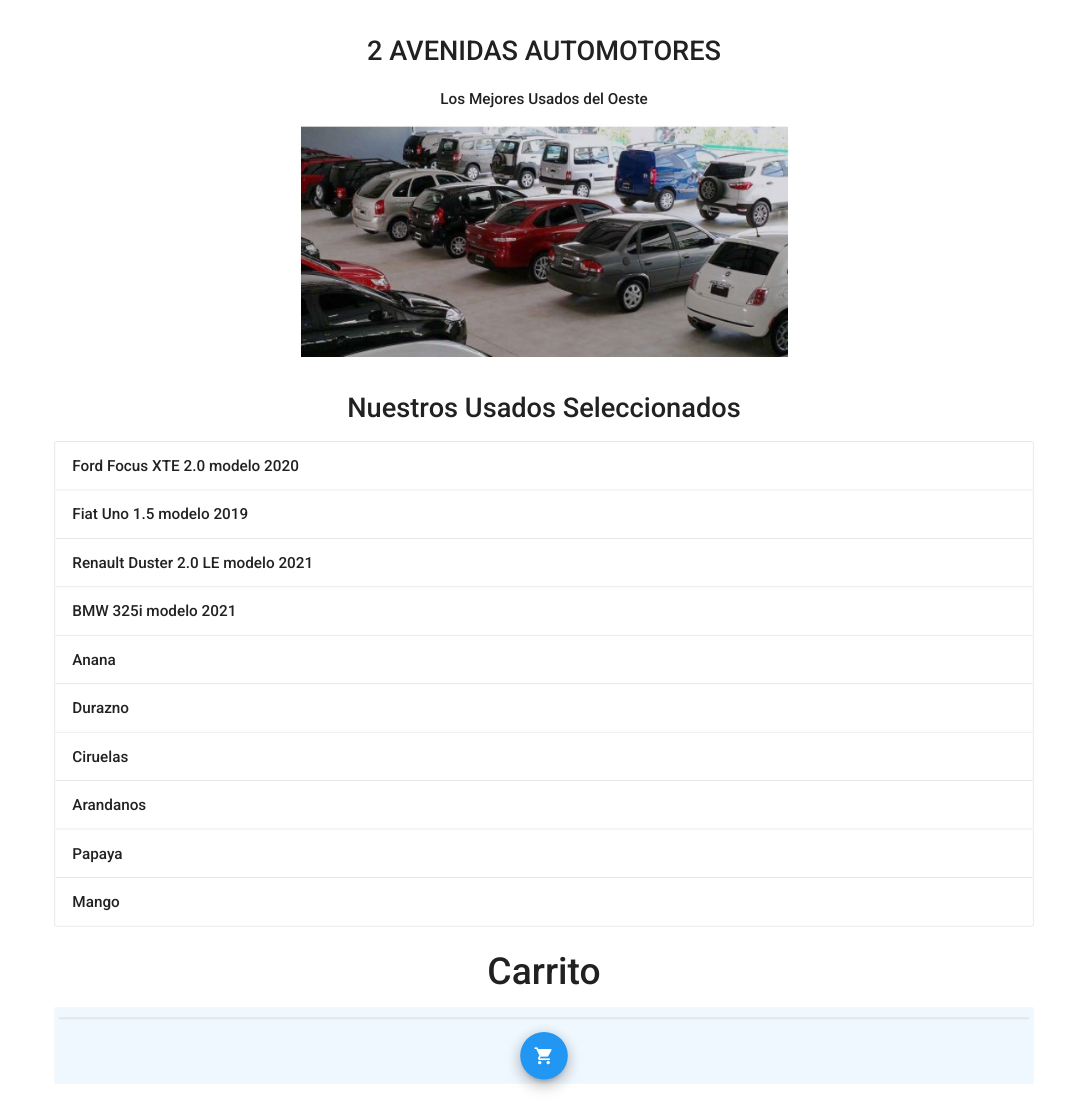
Repository: gadiazsaavedra/SimuladorInteractiv-14-03
Page: index.html
These files come from the project's save history. The page is drawn as it stood at one moment and after a run of saves; the edit follows.
The browser window is 1280 px wide. The pictures show the whole page, at 85% of full size.

Above is the page before, as saved 2022-03-15 10:30:52.

After the next 4 saves:
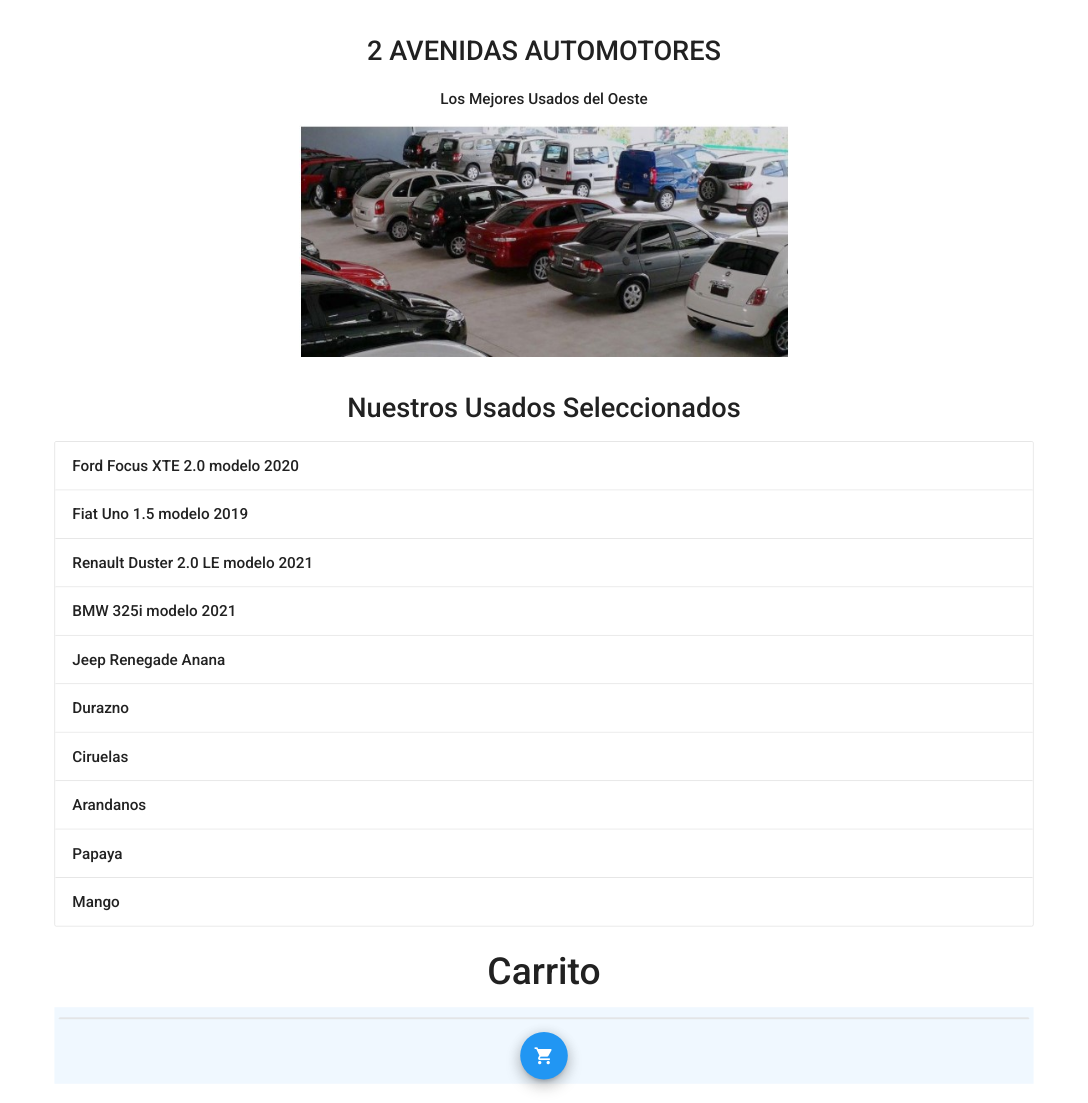
The 4 saves are shown as one change because they came seconds apart.
The last was saved 11 s later.
--- a/js/variables.js
+++ b/js/variables.js
@@ -1,5 +1,5 @@
 // const productos = ['Motherboard ATX Intel', 'Memoria RAM 4 GB DDR3', 'Hard Disk 80 GB SEAGATE', 'Monitor Viewsonic .31', 'Case Babytower', 'Fuente 100~240 ATX 5 AMP']
-const productos = ['Ford Focus XTE 2.0 modelo 2020', 'Fiat Uno 1.5 modelo 2019', 'Renault Duster 2.0 LE modelo 2021', 'BMW 325i modelo 2021', 'Anana', 'Durazno', 'Ciruelas', 'Arandanos', 'Papaya', 'Mango']
+const productos = ['Ford Focus XTE 2.0 modelo 2020', 'Fiat Uno 1.5 modelo 2019', 'Renault Duster 2.0 LE modelo 2021', 'BMW 325i modelo 2021', 'Jeep Renegade Anana', 'Durazno', 'Ciruelas', 'Arandanos', 'Papaya', 'Mango']
 const carrito = []
 
 const titulo = document.getElementById("titulo")
